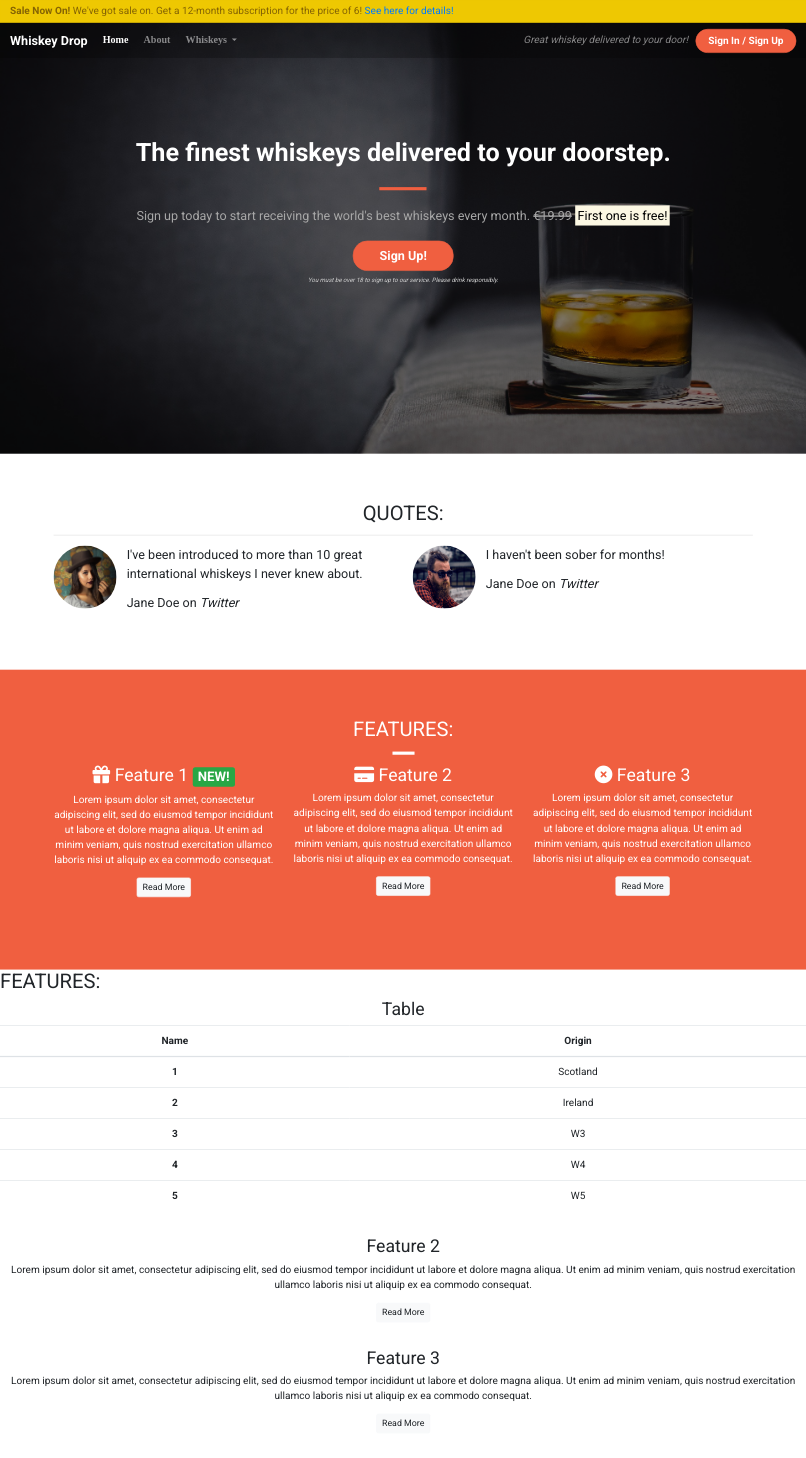
Repository: Coder731/blank_for_aws
Page: index2.html
The author's editor kept a record of every edit. The page is drawn from the files as they stood at one moment, then again after the next edit.
The browser window is 1280 px wide. The pictures show the whole page, at 63% of full size.
Backgrounds fixed to the window are drawn as part of the page. Some web libraries are served in a nearby version.

Above is the page before.

After the next edit:
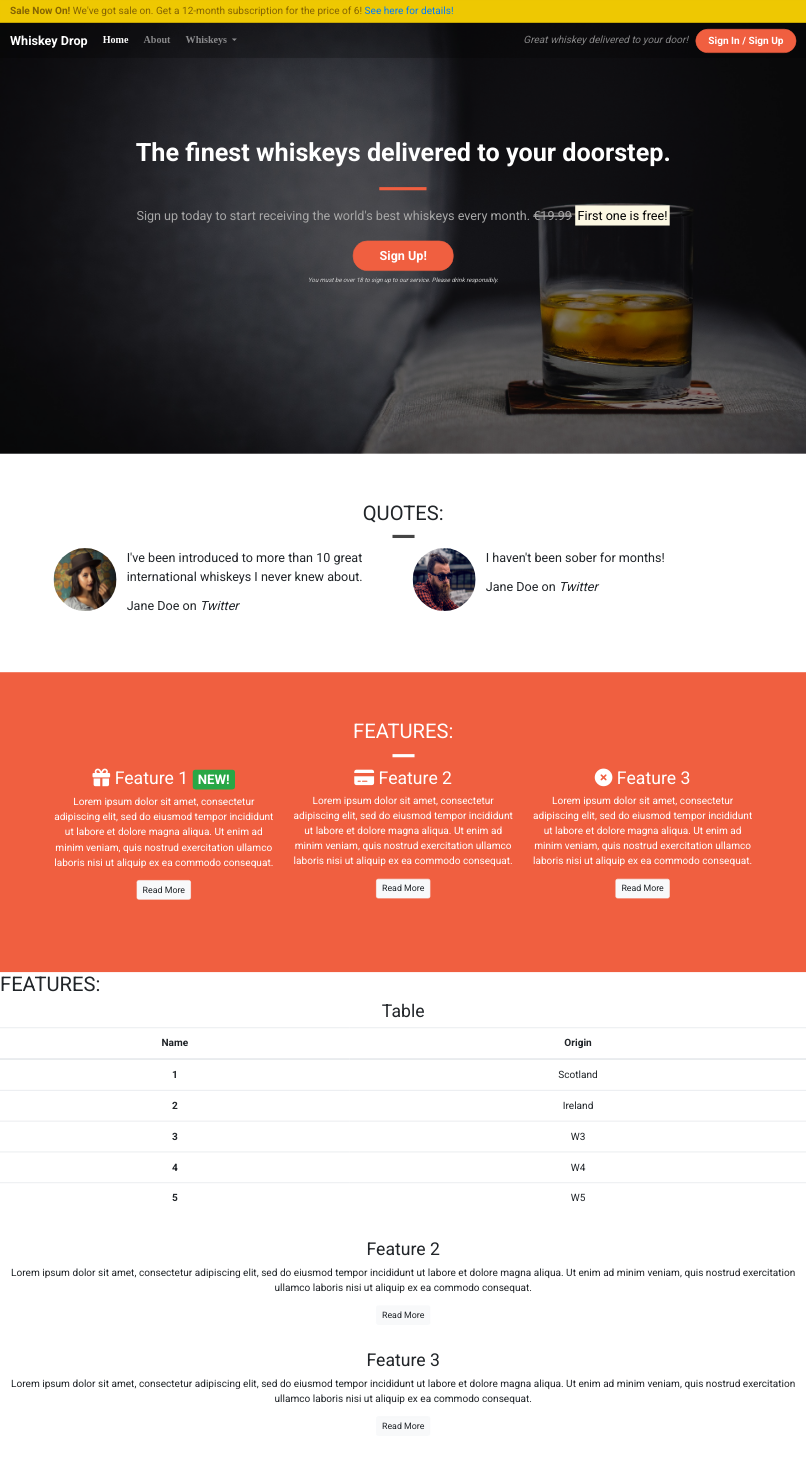
The edit:
--- a/index2.html
+++ b/index2.html
@@ -85,7 +85,7 @@
                 <div class="row">
                     <div class="col-12 page-header">
                         <h2 class="text-uppercase">Quotes:</h2>
-                        <hr class"block-divider block-divider--short">
+                        <hr class="block-divider block-divider--short">
                     </div>
                 </div>
                 <div class="row">
